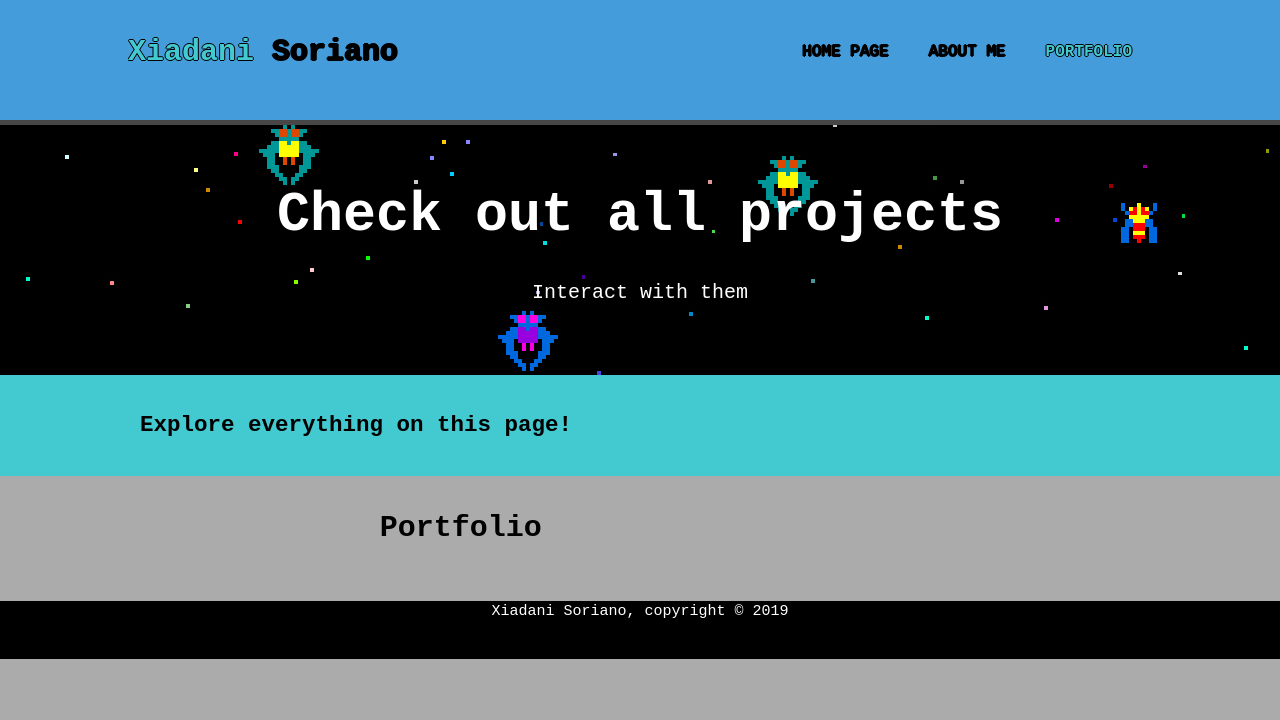
Repository: XiadaniSoriano/XiadaniSoriano.github.io
Page: portfolio.html
The author's editor kept a record of every edit. The page is drawn from the files as they stood at one moment, then again after the next edit.
The browser window is 1280 px wide. The pictures show the whole page.

Above is the page before.

After the next edit:
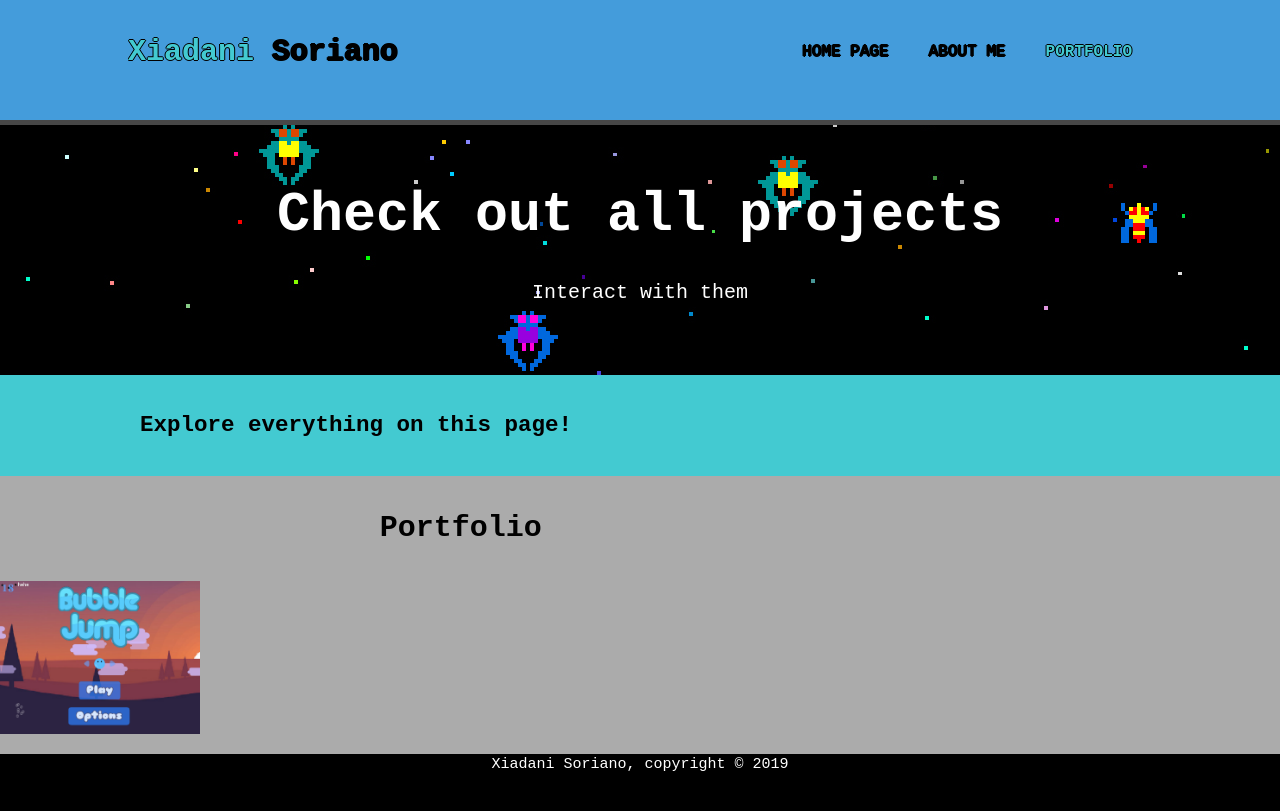
The edit:
--- a/portfolio.html
+++ b/portfolio.html
@@ -51,6 +51,15 @@
                 </article>
             </div>
         </section>
+        <section id="boxes2">
+            <div class="container2">
+                <div class="sideright">
+                    <a href="https://scratch.mit.edu/projects/327463875/">
+                        <img src="./img/scratchgame1.png" width="200">
+                    </a>
+                </div>
+            </div>
+        </section>
 
         <footer>
             <p> Xiadani Soriano, copyright &copy; 2019 </p>
